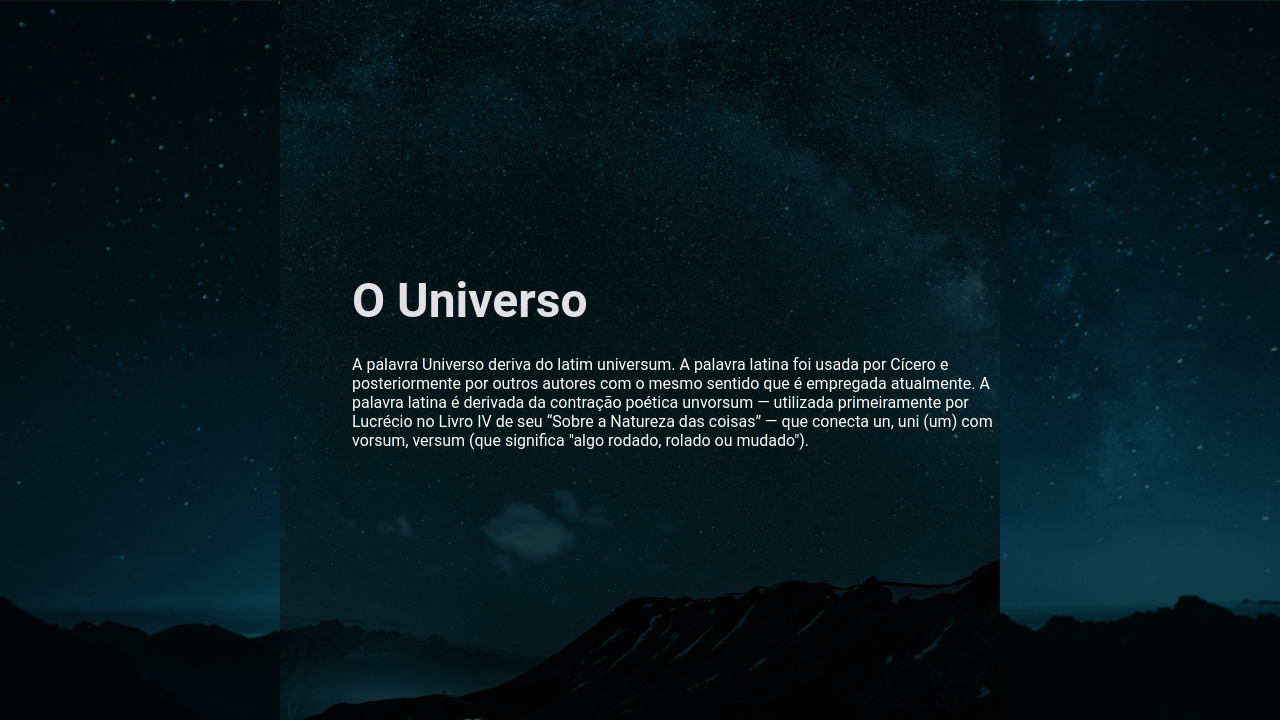
Repository: eltonneiferson/spaUniverse
Page: universe.html
An editor plug-in stored every save of this project. The page is shown before and after the next save, followed by the edit.
The browser window is 1280 px wide. The pictures show the whole page.

Above is the page before, as saved 2022-10-26 22:59:30.

After the next save:
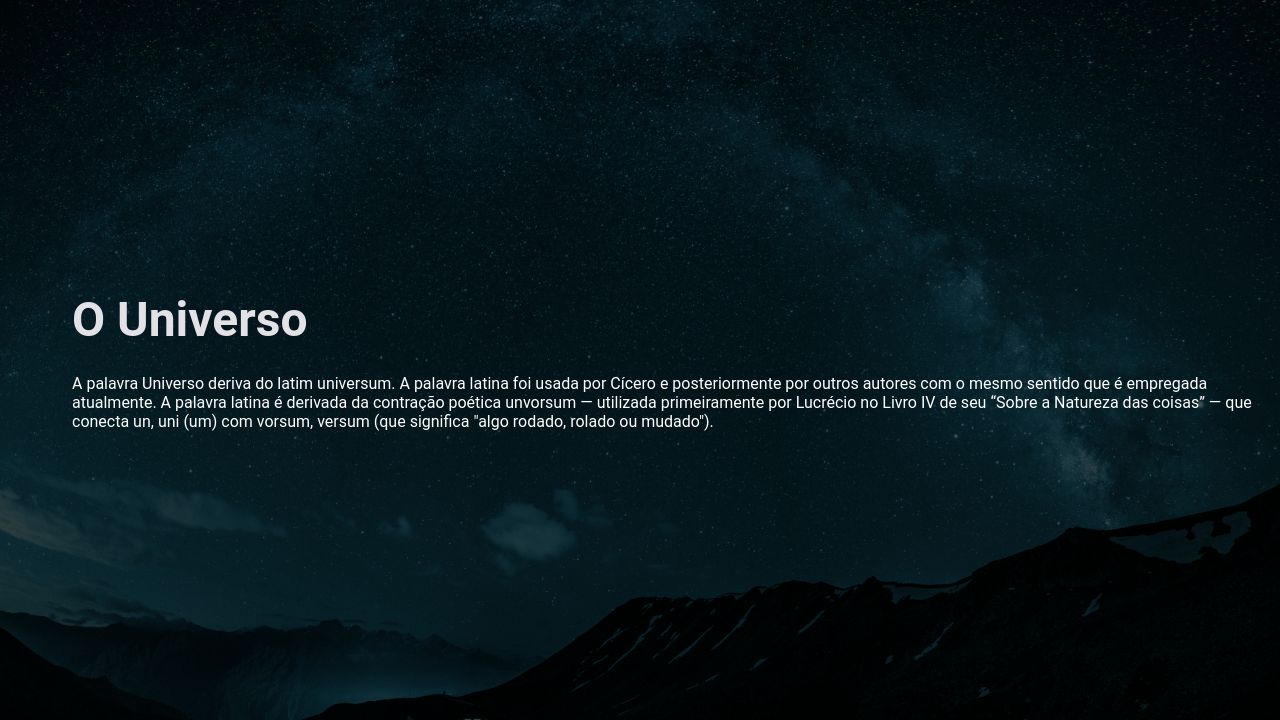
Saved 40 s later.
--- a/index.css
+++ b/index.css
@@ -62,7 +62,7 @@
 }
 
 main#universe p {
-    width: 648px;
+
 }
 
 main h1 {

After the 3 saves that followed:
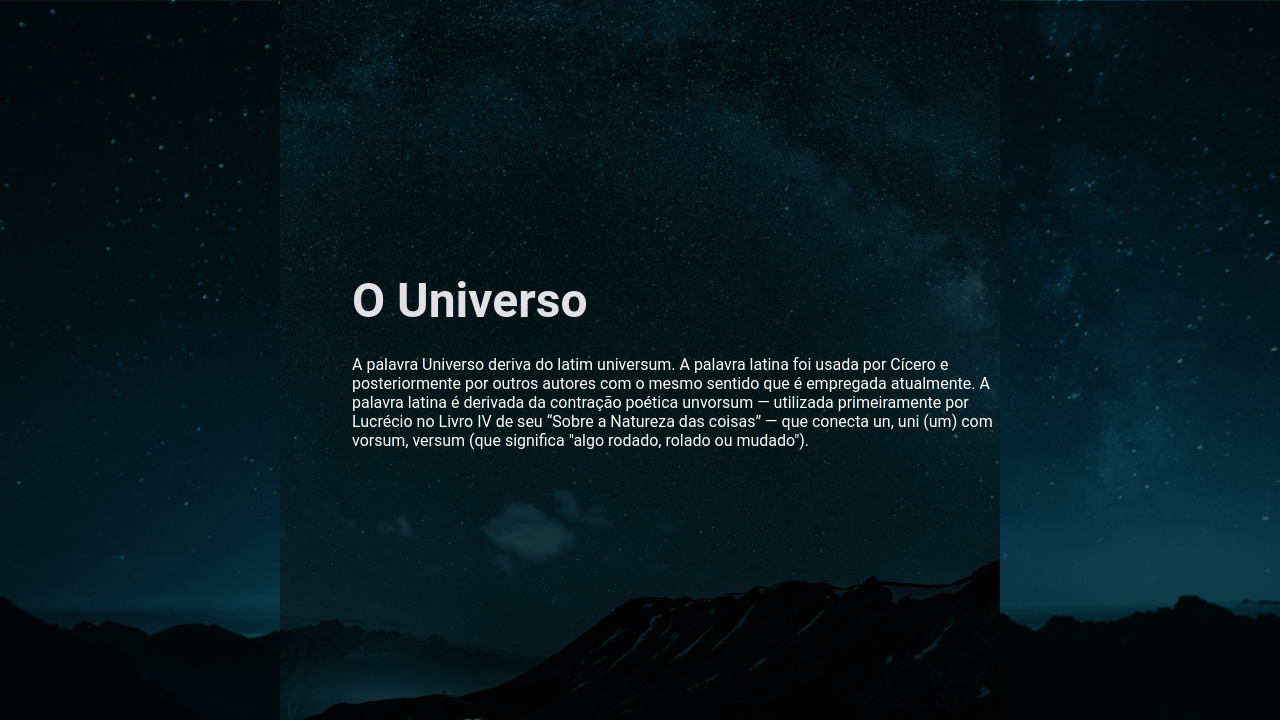
The 3 saves are shown as one change because 2 left the picture as it was.
The last was saved 25 s later.
--- a/index.css
+++ b/index.css
@@ -50,6 +50,7 @@
 }
 
 main#universe {
+    width: 100%;
     background-image: url(bkg2.png);
     background-size: cover;
     background-position: bottom;
@@ -62,7 +63,7 @@
 }
 
 main#universe p {
-
+    width: 648px;
 }
 
 main h1 {
